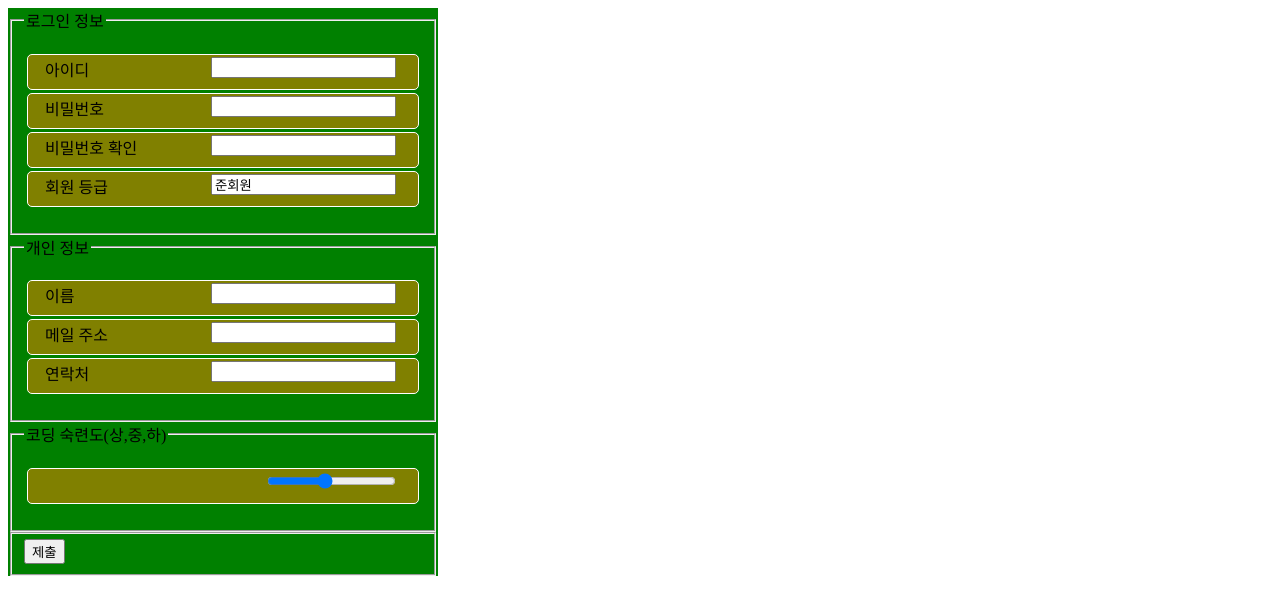
Repository: giwon8701/Qclass_KH
Page: Workspace_Java/testWebProject/test.html
An editor plug-in stored every save of this project. The page is shown before and after a run of saves, followed by the edit.
The browser window is 1280 px wide. The pictures show the whole page.

Above is the page before, as saved 2021-01-11 02:36:04.

### Workspace_Java/testWebProject/test.html
<head>
</head><!doctype html>
<html lang="ko">
<head>
<meta charset="UTF-8">
<link href="test_css.css" rel="stylesheet" type="text/css">
</head>

<body>
<form class="navi">
	<fieldset>
		<legend>로그인 정보</legend>
		<ol>
			<li>
				<label>아이디</label>
				<input type="text" id="id">
			</li>

			<li>
				<label>비밀번호</label>
				<input type="text" id="pw">
			</li>

			<li>
				<label>비밀번호 확인</label>
				<input type="text" id="pw_confirm">
			</li>

			<li>
				<label>회원 등급</label>
				<input type="text" id="grade" value="준회원">
			</li>
		</ol>
	</fieldset>

	<fieldset>
		<legend>개인 정보</legend>
		<ol>
			<li>
				<label>이름</label>
				<input type="text" id="name">
			</li>

			<li>
				<label>메일 주소</label>
				<input type="text" id="email">
			</li>

			<li>
				<label>연락처</label>
				<input type="text" id="phone_number">
			</li>
		</ol>
	</fieldset>

	<fieldset>
		<legend>코딩 숙련도(상,중,하)</legend>
		<ol>
			<li>
				<input type="range" id="coding_level" min="1" max="10" step="2">
			</li>
		</ol>
	</fieldset>

	<fieldset>
		<input type="submit" value="제출">
	</fieldset>
</form>
</body>
</html>

### Workspace_Java/testWebProject/test_css.css
.navi {
	background: green;
	width: 430px;
}
.navi ol {
	padding: 0px;
}
.navi ol li {
	list-style-type: none;
	border-style: solid;
	border-width: thin;
	border-color: white;
	border-radius: 5px;
	height: 30px;
	margin: 3px;
	padding: 2px;
	background: olive;
}
.navi ol li label {
	width: 100px;
	padding: 15px;
	top:10%;
}
.navi ol li input {
	float: right;
	margin-right: 20px;
}

After the next 2 saves:
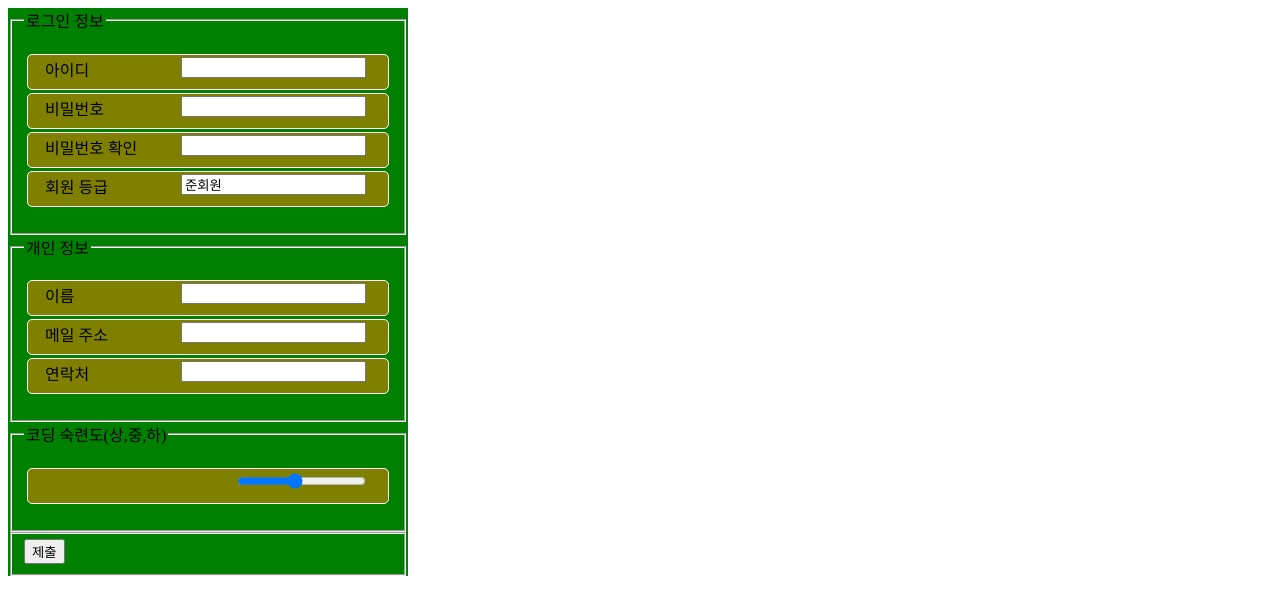
The 2 saves are shown as one change because they came seconds apart.
The last was saved 11 s later.
--- a/Workspace_Java/testWebProject/test_css.css
+++ b/Workspace_Java/testWebProject/test_css.css
@@ -1,6 +1,6 @@
 .navi {
 	background: green;
-	width: 430px;
+	width: 400px;
 }
 .navi ol {
 	padding: 0px;
